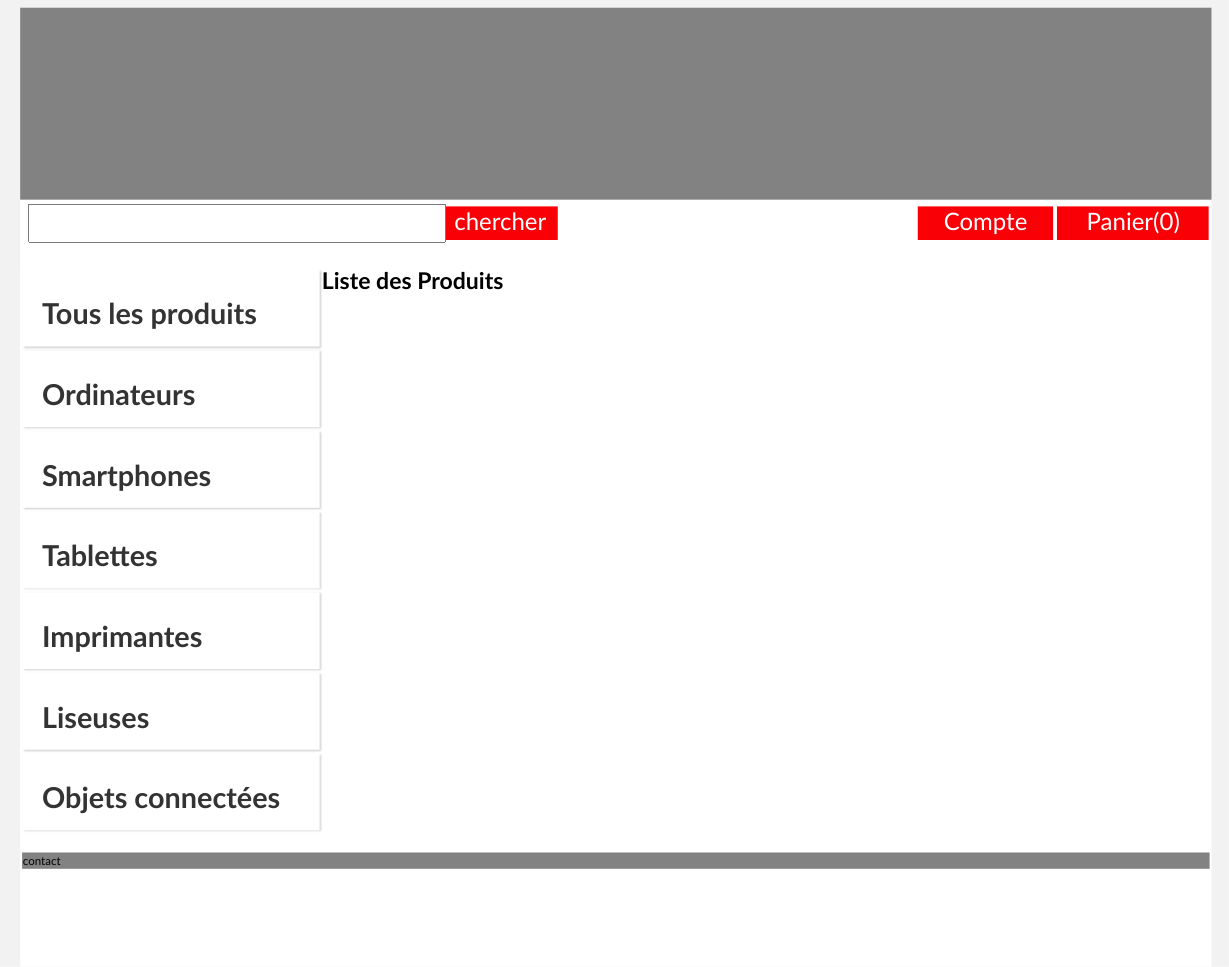
Repository: EBusinesss/Ebusiness
Page: http://localhost/EcomWEB3/
An editor plug-in stored every save of this project. The page is shown before and after the next save, followed by the edit.
The browser window is 1280 px wide. The pictures show the whole page, at 96% of full size.
The page is served by Tomcat 9. Nobody is signed in. The application's start-up code is not run.

Above is the page before, as saved 2014-12-28 11:26:41.
Console error: ReferenceError: chargerProduits is not defined

After the next save:
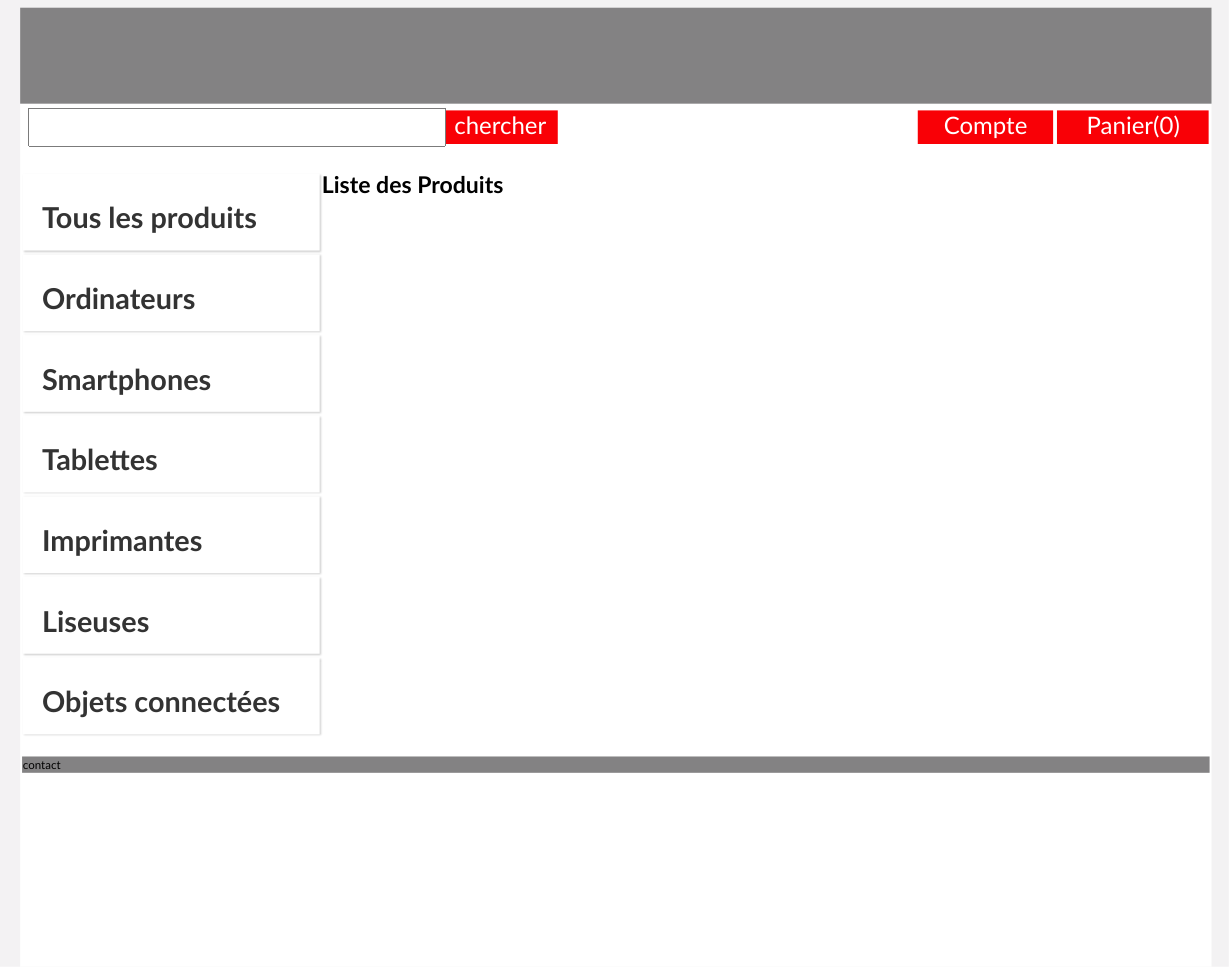
Saved 82 s later.
--- a/Workspace/EcomWEB3/WebContent/style/style.css
+++ b/Workspace/EcomWEB3/WebContent/style/style.css
@@ -21,7 +21,7 @@ body{
 #header{
 	background: #838283;
 	width: 100%;
-	height: 20%;
+	height: 10%;
 }
 
 #tablebase{
